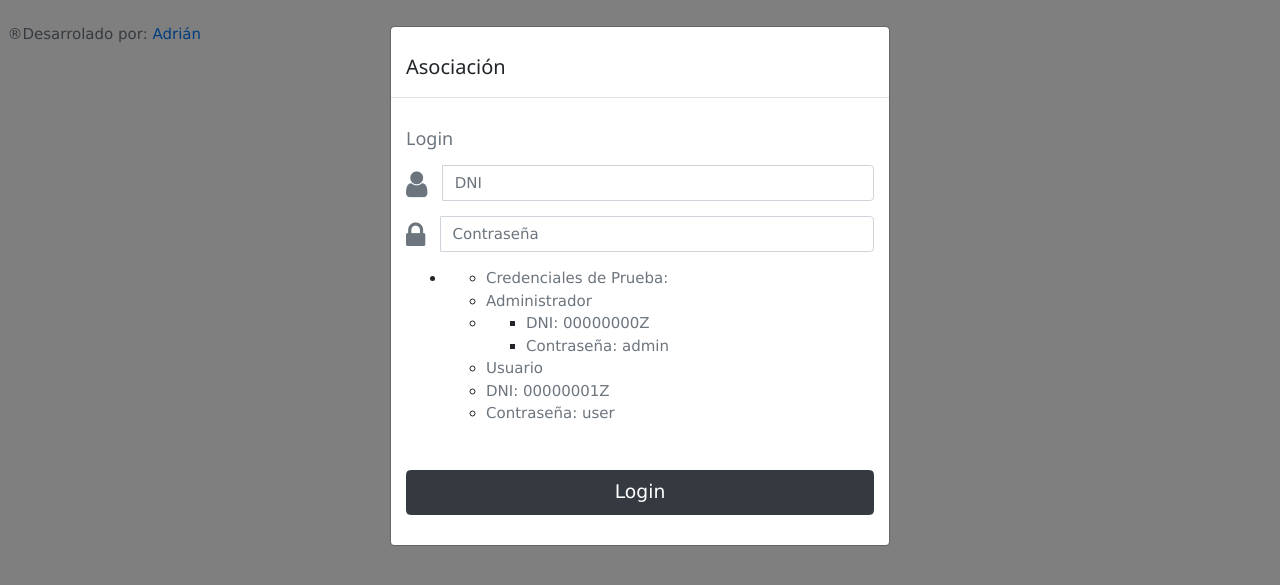
Repository: adrianllorian/adrianllorian-gestion-asociacion-backend
Page: WebStorage/index.html
An editor plug-in stored every save of this project. The page is shown before and after the next save, followed by the edit.
The browser window is 1280 px wide. The pictures show the whole page.
Some web libraries are served in a nearby version.

Above is the page before, as saved 2022-01-14 21:11:29.

After the next save:
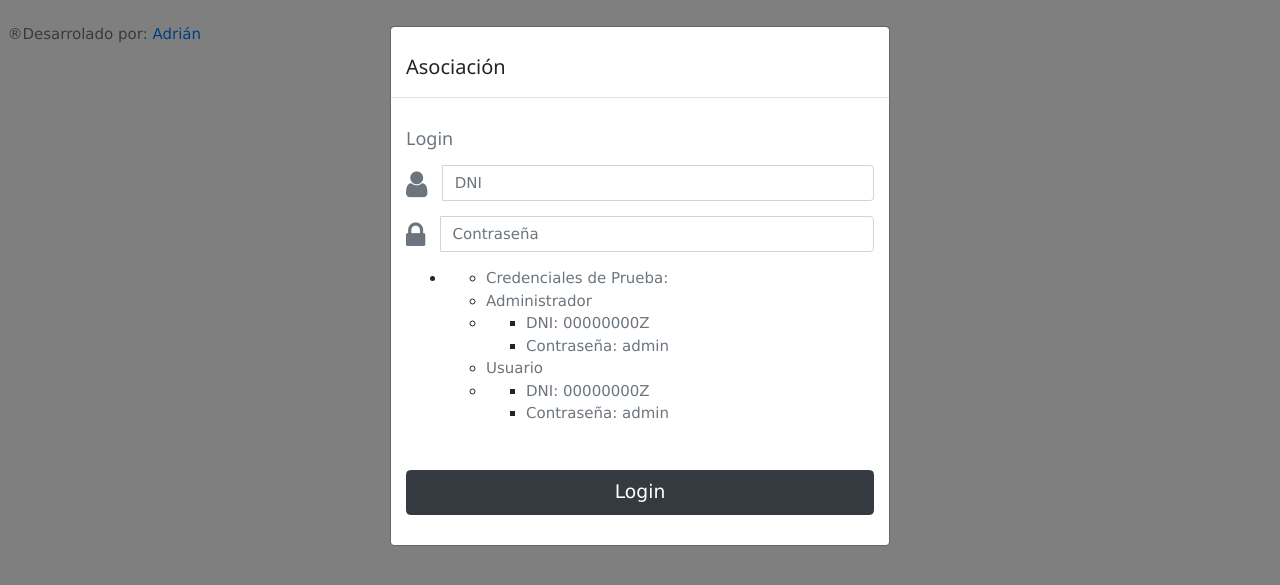
Saved 31 s later.
--- a/WebStorage/index.html
+++ b/WebStorage/index.html
@@ -278,8 +278,12 @@
                             </li>
 
                             <li><span class="text-muted">Usuario</span></li>
-                            <li><span class="text-muted">DNI:  00000001Z</span></li>
-                            <li><span class="text-muted">Contraseña:  user</span></li>
+                            <li>
+                                <ul>
+                                <li><span class="text-muted">DNI:  00000000Z</span></li>
+                                <li><span class="text-muted">Contraseña:  admin</span></li>
+                                </ul>
+                            </li>
                              </ul>
                             </li> </ul>
                         </div>
